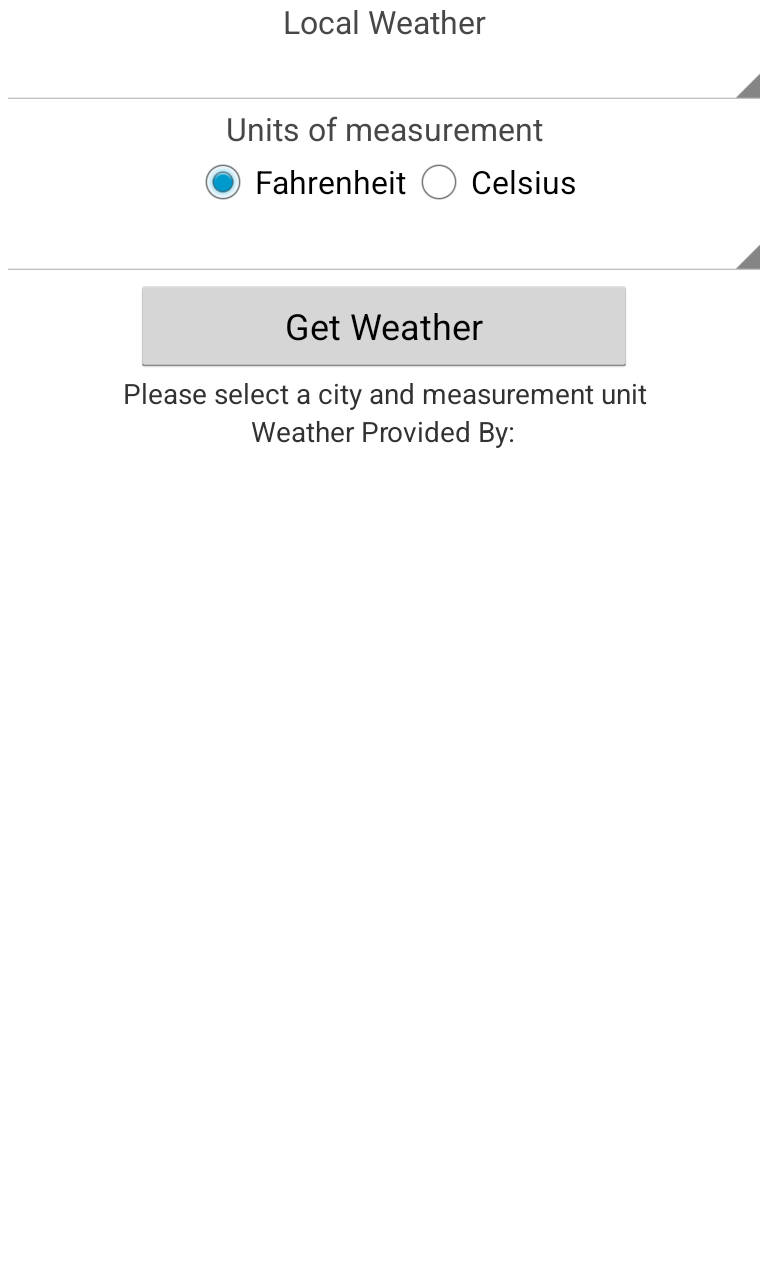
Repository: efreestone/Java1
Layout: Java1Project4/res/layout/activity_main.xml
These files come from the project's save history. The layout is drawn as it stood at one moment and after the next save; the edit follows.
It is drawn on a 768 x 1280 px phone screen (xhdpi) without system bars, with theme AppTheme; the app's code is not run.

Above is the layout before, as saved 2014-03-26 01:35:17.

### Java1Project4/res/layout/activity_main.xml
<?xml version="1.0" encoding="utf-8"?>
<LinearLayout xmlns:android="http://schemas.android.com/apk/res/android"
    android:layout_width="match_parent"
    android:layout_height="match_parent"
    android:orientation="vertical" >

    <!-- Top Linear Layout with controls -->
    <!-- <LinearLayout
        android:layout_width="match_parent"
        android:layout_height="wrap_content"
        android:orientation="horizontal"> -->

        <!-- Title -->
        <TextView
            android:layout_width="match_parent"
            android:layout_height="wrap_content"
            android:gravity="center"
            android:text="@string/titleString"
            style="@style/labelStyle"/>

        <!-- City Spinner -->
        <Spinner
            android:id="@+id/citySpinner"
            android:layout_width="match_parent"
            android:layout_height="wrap_content"/>

        <!-- Measurement Title -->
        <TextView
            android:layout_width="match_parent"
            android:layout_height="wrap_content"
            android:gravity="center"
            android:text="@string/measureTitleString"
            style="@style/labelStyle"/>

        <!-- Measurement Radio Buttons -->
        <RadioGroup
            android:id="@+id/tempUnitRadioGroup"
            android:layout_width="wrap_content"
            android:layout_height="wrap_content"
            android:layout_gravity="center"
            android:orientation="horizontal" >

            <RadioButton
                android:id="@+id/fahrenheitRadio"
                android:layout_width="match_parent"
                android:layout_height="wrap_content"
                android:text="@string/fahrenheitString"
                android:checked="true"/>

            <RadioButton
                android:id="@+id/celsiusRadio"
                android:layout_width="match_parent"
                android:layout_height="wrap_content"
                android:text="@string/celsiusString"/>
        </RadioGroup>

        <!-- Current Spinner -->
        <Spinner
            android:id="@+id/currentSpinner"
            android:layout_width="match_parent"
            android:layout_height="wrap_content"
            android:dropDownVerticalOffset="-45dp"
            android:popupBackground="@android:color/darker_gray"/>

        <!-- Get Weather Button -->
        <Button
            android:id="@+id/weatherButton"
            android:layout_width="wrap_content"
            android:layout_height="wrap_content"
            android:layout_gravity="center"
            android:width="250dp"
            android:text="@string/weatherButtonString"/>

	<!-- </LinearLayout> -->

	<!-- Bottom Gridlayout for temp display -->
	<GridLayout
	    android:id="@+id/tempGrid"
	    android:layout_width="match_parent"
	    android:layout_height="wrap_content"
	    android:columnCount="2">

        <!-- Display Temp -->
        <TextView
            android:id="@+id/displayTempView"
            android:layout_width="match_parent"
            android:layout_height="wrap_content"
            android:gravity="center"
            android:text="@string/displayTempString"/>

	</GridLayout>

	<TextView
	    android:layout_width="wrap_content"
	    android:layout_height="wrap_content"
	    android:layout_gravity="center"
	    android:text="Weather Provided By:"/>

	<ImageView
	    android:id="@+id/weatherIcon"
	    android:layout_width="wrap_content"
	    android:layout_height="wrap_content"
	    android:contentDescription="@string/weatherIconAccString"
	    android:layout_gravity="center"
	    android:layout_marginTop="25dp"/>

</LinearLayout>

### Java1Project4/res/values-v14/styles.xml
<resources xmlns:android="http://schemas.android.com/apk/res/android">

    <!--
        Base application theme for API 14+. This theme completely replaces
        AppBaseTheme from BOTH res/values/styles.xml and
        res/values-v11/styles.xml on API 14+ devices.
    -->
    <style name="AppBaseTheme" parent="android:Theme.Holo.Light.DarkActionBar"/>

        <!-- Labels -->
        <style name="labelStyle">
            <item name="android:textStyle">normal</item>
            <item name="android:textColor">#474747</item>
            <item name="android:textSize">16sp</item>
        </style>


</resources>

### Java1Project4/res/values/strings.xml
<?xml version="1.0" encoding="utf-8"?>
<resources>

    <string name="app_name">Java1Project4</string>
    <string name="action_settings">Settings</string>
    <string name="hello_world">Hello world!</string>

    <!-- Title and button strings -->
    <string name="titleString">Local Weather</string>
    <string name="measureTitleString">Units of measurement</string>
    <string name="weatherButtonString">Get Weather</string>
    <string name="displayTempString">Please select a city and measurement unit</string>

    <!-- Connection Alert strings -->
    <string name="noConnectionTitle">Connection Error</string>
    <string name="noConnectionAlert">This application requires internet access. Please check your network connection and try again.</string>

    <!-- Main URL strings -->
    <string name="mainURLString">http://api.wunderground.com/api/8204b5c9bf753afb/</string>
    <string name="conditionsURLString">conditions/q/</string>
    <string name="forecastURLString">forecast/q/</string>
    <!-- City URL strings -->
    <string name="lovelandString">CO/Loveland.json</string>
    <string name="losAngelesString">CA/Los_Angeles.json</string>
    <string name="newYorkString">NY/New_York.json</string>
    <string name="chicagoString">IL/Chicago.json</string>
    <string name="orlandoString">FL/Orlando.json</string>

    <!-- Radio Button Text -->
    <string name="fahrenheitString">Fahrenheit</string>
    <string name="celsiusString">Celsius</string>

    <!-- Cities array for first spinner -->
    <string-array name="cities_array">
        <item >Loveland</item>
        <item >Los Angeles</item>
        <item >New York</item>
        <item >Chicago</item>
        <item >Orlando</item>
    </string-array>

    <!-- Array for second spinner -->
    <string-array name="current_forecast">
        <item >Current Weather</item>
        <item >3-day Forecast</item>
    </string-array>

    <!-- Weather Icon -->
    <string name="weatherIconAccString">Weather Icon</string>
    <string name="weatherIconURL"></string>

</resources>

Loaded but not shown: Java1Project4/res/values/styles.xml (common file); Java1Project4/res/values-v11/styles.xml (common file)

After the next save:
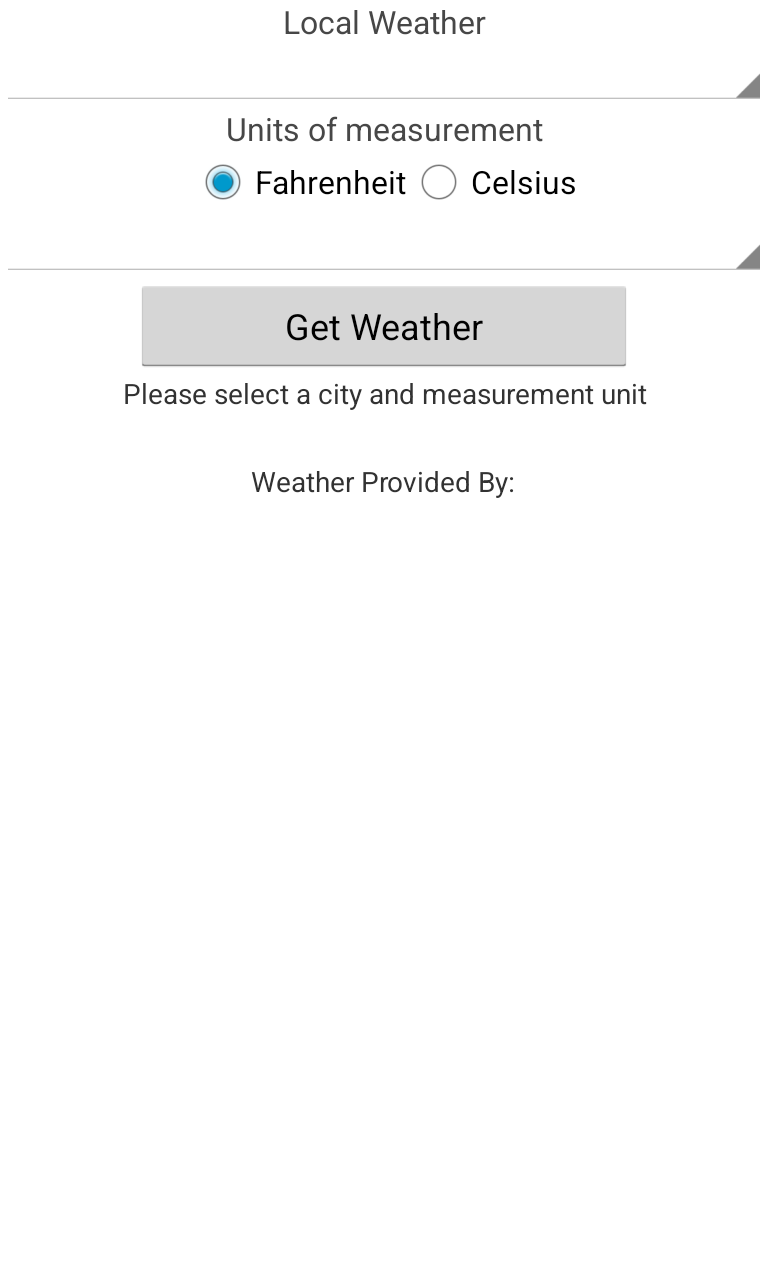
Saved 36 s later.
--- a/Java1Project4/res/layout/activity_main.xml
+++ b/Java1Project4/res/layout/activity_main.xml
@@ -94,14 +94,14 @@
 	    android:layout_width="wrap_content"
 	    android:layout_height="wrap_content"
 	    android:layout_gravity="center"
-	    android:text="Weather Provided By:"/>
+	    android:text="Weather Provided By:"
+	    android:layout_marginTop="25dp"/>
 
 	<ImageView
 	    android:id="@+id/weatherIcon"
 	    android:layout_width="wrap_content"
 	    android:layout_height="wrap_content"
 	    android:contentDescription="@string/weatherIconAccString"
-	    android:layout_gravity="center"
-	    android:layout_marginTop="25dp"/>
+	    android:layout_gravity="center"/>
 
 </LinearLayout>
